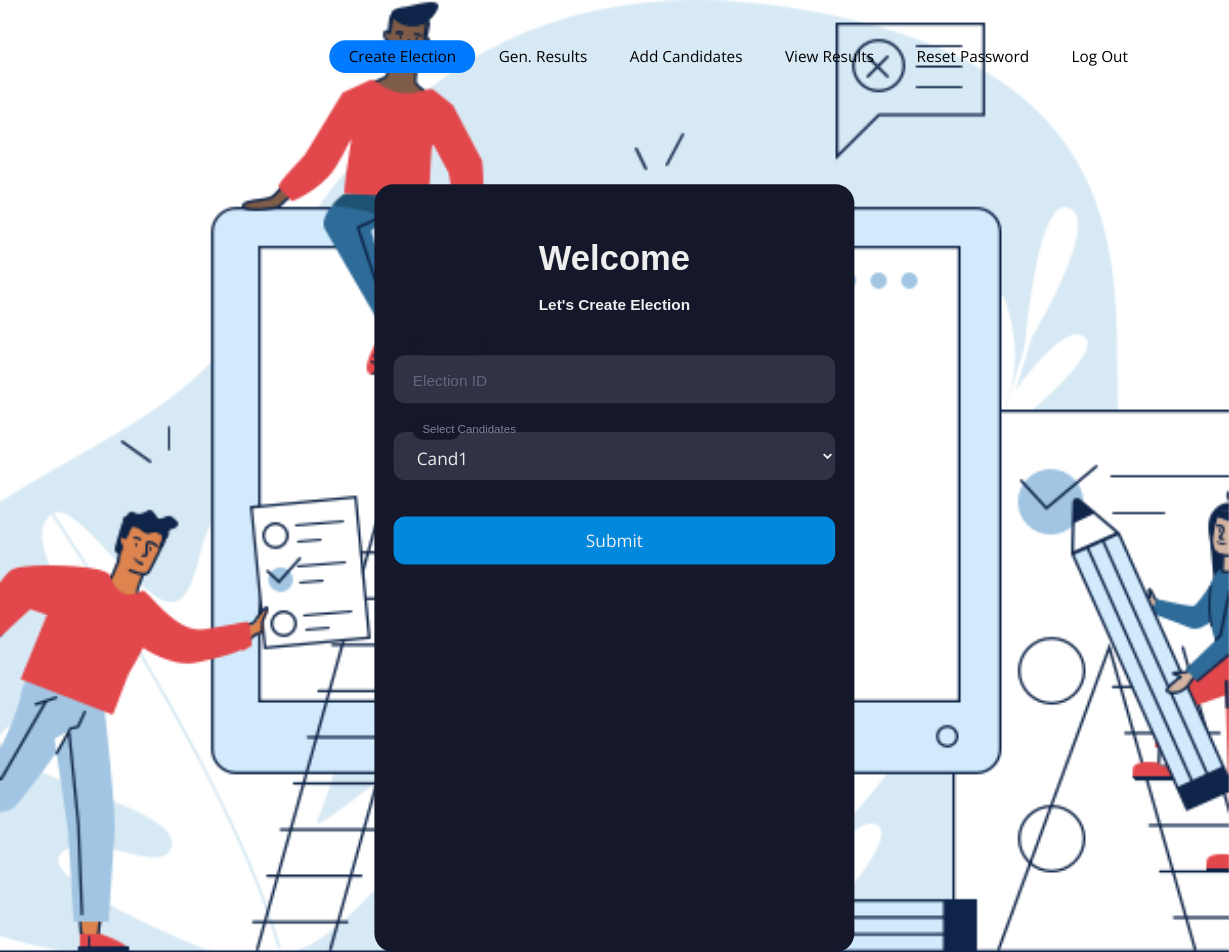
Repository: CS699-IITB-Autumn-2021/project-alpha_team
Page: http://localhost/genResult.html
These files come from the project's save history. The page is drawn as it stood at one moment and after the next save; the edit follows.
The browser window is 1280 px wide. The pictures show the whole page, at 96% of full size.
The page is served by the project's application, run on Flask 3 (app.py).

Above is the page before, as saved 2021-10-26 13:09:22.
Console error: ReferenceError: $ is not defined

### IVote/templates/genResult.html
<!doctype html>
<html lang="en">

<head>
  <!-- Required meta tags -->
  <meta charset="utf-8">
  <meta name="viewport" content="width=device-width, initial-scale=1, shrink-to-fit=no">

  <link href="https://fonts.googleapis.com/css?family=Open+Sans:300,400,700" rel="stylesheet">

  <link rel="stylesheet" href="static/fonts/icomoon/style.css">

  <link rel="stylesheet" href="static/css/owl.carousel.min.css">

  <!-- Bootstrap CSS -->
  <link rel="stylesheet" href="static/css/bootstrap.min.css">

  <!-- Style -->
  <link rel="stylesheet" href="static/css/style.css">

  <title>Admin</title>
</head>

<body>


  <div class="site-mobile-menu">
    <div class="site-mobile-menu-header">
      <div class="site-mobile-menu-close mt-3">
        <span class="icon-close2 js-menu-toggle"></span>
      </div>
    </div>
    <div class="site-mobile-menu-body"></div>
  </div>

  <header class="site-navbar" role="banner">

    <div class="container">
      <div class="row align-items-center">

        <div class="col-11 col-xl-2">
          <h1 class="mb-0 site-logo"><a href="admin.html" class="text-white mb-0">iVote</a></h1>
        </div>
        <div class="col-12 col-md-10 d-none d-xl-block">
          <nav class="site-navigation position-relative text-right" role="navigation">

            <ul class="site-menu js-clone-nav mr-auto d-none d-lg-block">
              <li class="active"><a href="admin.html"><span>Create Election</span></a></li>
              <li><a href="/logout"><span>Gen. Results</span></a></li>
              <li><a href="addcandidate.html"><span>Add Candidates</span></a></li>
              <li><a href="results.html"><span>View Results</span></a></li>
              <li><a href="forgotPassword.html"><span>Reset Password</span></a></li>
              <li><a href="/logout"><span>Log Out</span></a></li>
            </ul>
          </nav>
        </div>


        <div class="d-inline-block d-xl-none ml-md-0 mr-auto py-3" style="position: relative; top: 3px;"><a href="#"
            class="site-menu-toggle js-menu-toggle text-white"><span class="icon-menu h3"></span></a></div>

      </div>

    </div>
    </div>

  </header>

  <div class="hero" style="background-image: url('static/images/hero.9dd292ee.png');"></div>
  <div class="position" align="center">
    <div class="form">
      <div class="title">Welcome</div>
      <div class="subtitle">Let's Create Election</div>
      <div class = "message">
        {% if msg %}
        {{msg}}
        {% endif %}
      </div>
      <form action="/admin.html" method="POST">
        <div class="input-container ic1">
          <input id="id" class="input" type="number" name="id" min="0" placeholder=" " />
          <div class="cut"></div>
          <label for="id" class="placeholder">Election ID</label>
        </div>
        <div class="input-container ic2">
          <select id="select" class="mul" name="select" placeholder=" ">
            <option value="Cand1">Cand1</option>
            <option value="Cand2">Cand2</option>
            <option value="Cand3">Cand3</option>
            <option value="Cand4">Cand4</option>
          </select>
          <div class="cut cut-short"></div>
          <label for="select" class="placeholder">Select Candidates </label>
        </div>
        <button type="submit" class="submit" value="Submit">Submit</button>
      </form>
    </div>
  </div>


  <script type="text/javascript">
    $('#select').multiselect();
  </script>
  <script src="static/js/jquery-3.3.1.min.js"></script>
  <script src="static/js/popper.min.js"></script>
  <script src="static/js/bootstrap.min.js"></script>
  <script src="static/js/jquery.sticky.js"></script>
  <script src="static/js/main.js"></script>
</body>

</html>

### IVote/app.py
from posixpath import lexists
import sqlite3
import os.path
from flask import Flask, render_template, request,redirect,session
from flask.helpers import url_for
from datetime import date
from datetime import datetime
from pathlib import Path
from werkzeug.utils import redirect

app = Flask(__name__)
app.secret_key="ivote"

conn = sqlite3.connect("ivote.db")
c = conn.cursor()
c.execute("CREATE TABLE IF NOT EXISTS Voters(name TEXT,email TEXT,cardno TEXT,password TEXT,voted TEXT)")
c.execute("CREATE TABLE IF NOT EXISTS admin(email TEXT,password TEXT)")
c.execute("CREATE TABLE IF NOT EXISTS election(electionid INTEGER,topic TEXT,startdate TEXT,enddate TEXT,numcand INTEGER,candidate TEXT)")
c.execute("CREATE TABLE IF NOT EXISTS candidate(name TEXT,electionid INTEGER,candidateid TEXT,age INTEGER,mobno INTEGER,email TEXT)")
c.execute("CREATE TABLE IF NOT EXISTS result(election_id Text,cand_id Text, noofvotes Number)")
c.execute("SELECT electionid FROM election")
r = c.fetchall()
for i in r:
    fle = Path("static/blockchain/"+str(i[0])+".txt")
    c.execute("CREATE TABLE IF NOT EXISTS election"+str(i[0])+"(secret_code TEXT ,name_of_blockchain TEXT,voter_id TEXT,vote_given TEXT)")
    fle.touch(exist_ok=True)
    f = open(fle)

conn.commit()
conn.close()


@app.route('/',methods=['GET','POST'])
def login():
    r = ""
    if request.method=="POST":
        email = request.form["email"]
        password = request.form["password"]
        conn = sqlite3.connect("ivote.db")
        c = conn.cursor()
        c.execute("SELECT * FROM Voters WHERE email='"+email+"' and password='"+password+"'")
        r = c.fetchall()
        for i in r:
            if email==i[1] and password == i[3]:
                #session[]
                return redirect(url_for("voter"))

    return render_template('home.html')


@app.route('/signup.html',methods=['GET','POST'])
def signup():
    if request.method=="POST":
        name = request.form["name"]
        email = request.form["email"]
        cardno = request.form["id"]
        password = request.form["password"]
        confirm = request.form["confirm"]
        if password==confirm:
            conn = sqlite3.connect("ivote.db")
            c = conn.cursor()
            c.execute("INSERT INTO Voters VALUES('"+name+"','"+email+"','"+cardno+"','"+password+"')")
            conn.commit()
            conn.close()
            return  render_template('login.html')
    return  render_template('signup.html')

@app.route('/Login.html',methods=['GET','POST'])
def adminlogin():
    r = ""
    if request.method=="POST":
        email = request.form["email"]
        password = request.form["password"]
        conn = sqlite3.connect("ivote.db")
        c = conn.cursor()
        c.execute("SELECT * FROM admin WHERE email='"+email+"' and password='"+password+"'")
        r = c.fetchall()
        for i in r:
            if email==i[0] and password == i[1]:
                return redirect(url_for("admin"))
    return  render_template('Login.html')


@app.route('/forgotPassword.html',methods=['GET','POST'])
def forgot():
    return  render_template('forgotPassword.html')


@app.route('/admin.html',methods = ['GET','POST'])
def admin():
    msg = None
    if request.method=="POST":
        id = request.form['id']
        topic = request.form['topic']
        start = request.form['startdate']
        end = request.form['enddate']
        numcand = request.form['numcand']
        select = request.form['select']
        conn = sqlite3.connect("ivote.db")
        c = conn.cursor()
        c.execute("SELECT * from election WHERE electionid = '"+id+"'")
        r = c.fetchall()
        if len(r)>=1:
            msg = "Election with this id already exist"
        else :
            c.execute("INSERT INTO election VALUES('"+id+"','"+topic+"','"+start+"','"+end+"','"+numcand+"','"+select+"')")
            conn.commit()
            conn.close()
            msg = "Election created"
    return render_template('admin.html',msg = msg)

@app.route("/addcandidate.html",methods = ['GET','POST'])
def add():
    if request.method=="POST":
        name = request.form['name1']
        id = request.form['id']
        candid = request.form['candid']
        age = request.form['age']
        mobile = request.form['mobile']
        email = request.form['email']
        conn = sqlite3.connect("ivote.db")
        c = conn.cursor()
        c.execute("INSERT INTO candidate VALUES('"+name+"','"+id+"','"+candid+"','"+age+"','"+mobile+"','"+email+"')")
        conn.commit()
        conn.close()
    return render_template('addcandidate.html')



@app.route("/results.html",methods=['GET','POST'])
def result():
    msg = None
    print("Working")
    if request.method=="POST":

        id = request.form['id']
        conn = sqlite3.connect("ivote.db")
        c = conn.cursor()
        c.execute("SELECT * from election WHERE electionid = '"+id+"'")
        r = c.fetchall()
        if len(r) >= 1:
            print("Working")
            return redirect(url_for("viewresults",id = id))

        else:
            msg = "Please enter correct ID"
    return render_template('results.html',msg = msg)

@app.route("/election",methods=['GET','POST'])
def election():
    id = request.form.get("id",None)
    return render_template('election.html')


@app.route("/voter.html",methods=['GET','POST'])
def voter():
    if request.method=="POST":
        id = request.form['id']
        conn = sqlite3.connect("ivote.db")
        c = conn.cursor()
        c.execute("SELECT * from election WHERE electionid = '"+id+"'")
        r = c.fetchall()
        if len(r) >= 1:
            return redirect(url_for("election",id = id))
    return render_template('voter.html')

@app.route("/voterresult.html")
def results():
    msg = None
    print("Working")
    if request.method=="POST":

        id = request.form['id']
        conn = sqlite3.connect("ivote.db")
        c = conn.cursor()
        c.execute("SELECT * from election WHERE electionid = '"+id+"'")
        r = c.fetchall()
        if len(r) >= 1:
            print("Working")
            return redirect(url_for("viewresults",id = id))

        else:
            msg = "Please enter correct ID"
    return render_template("voterresult.html",msg=msg)


@app.route("/view",methods=["GET","POST"])
def viewresults():
    id = request.form.get('id',None)
    print(id)
    return render_template("view.html")


@app.route("/logout")
def logout():
    return redirect(url_for("login "))

@app.route("/genResult.html",methods=["GET","POST"])
def genresult():
    return render_template("genResult.html")

@app.route("/viewblockchain.html")
def viewblockchain():
    conn = sqlite3.connect("ivote.db")
    c = conn.cursor()
    c.execute("SELECT electionid FROM election")
    r = c.fetchall()
    allbc=[]
    for i in r:
        fle = Path("static/blockchain/"+str(i[0])+".txt")
        allbc.append("static/blockchain/"+str(i[0])+".txt")
        fle.touch(exist_ok=True)
        f = open(fle)
    conn.commit()
    conn.close()
    return render_template('viewblockchain.html',allbc=allbc,r=r)
if __name__=="__main__":
    app.run(debug=True)

### IVote/static/blockchain/1.txt
dsfef

### IVote/static/blockchain/2.txt


 id=1234
 myhash=967507e9a11d0e896d3ba906af89534cd4bd4ee4252bc8703def6f363402cd26
 prevhash=0
 time=Wed Oct 27 14:02:54 2021

 id=123455
 myhash=95343ca67e3e242d9cf5d56a87234376eb2e5b5792e8c636fbdfd39655d0117f
 prevhash=967507e9a11d0e896d3ba906af89534cd4bd4ee4252bc8703def6f363402cd26
 time=Wed Oct 27 14:04:32 2021

### IVote/static/blockchain/5.txt


 id=123455
 myhash=b0814f664ae2543f1c75914ef42a36e5a659c1bbb252c5f9f642836df09e2d6b
 prevhash=0
 time=Wed Oct 27 14:17:14 2021

Loaded but not shown: IVote/static/fonts/icomoon/style.css (common file); IVote/static/css/owl.carousel.min.css (library); IVote/static/css/bootstrap.min.css (library); IVote/static/js/jquery-3.3.1.min.js (library); IVote/static/js/popper.min.js (library); IVote/static/js/bootstrap.min.js (library); IVote/static/js/jquery.sticky.js (library); IVote/static/js/main.js (88 lines, source omitted); IVote/static/css/style.css (492 lines, source omitted)

After the next save:
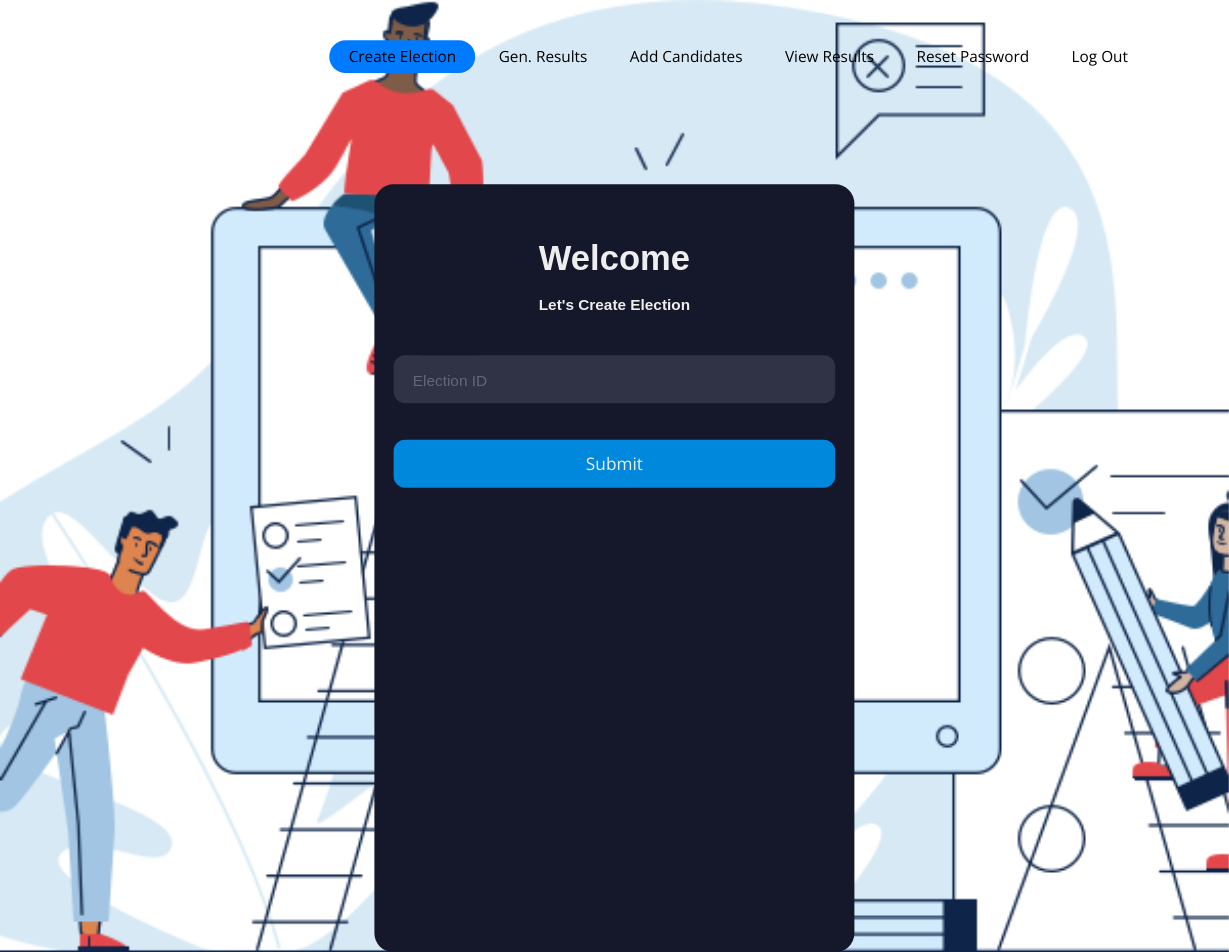
Saved 13 s later.
--- a/IVote/templates/genResult.html
+++ b/IVote/templates/genResult.html
@@ -82,16 +82,6 @@
           <div class="cut"></div>
           <label for="id" class="placeholder">Election ID</label>
         </div>
-        <div class="input-container ic2">
-          <select id="select" class="mul" name="select" placeholder=" ">
-            <option value="Cand1">Cand1</option>
-            <option value="Cand2">Cand2</option>
-            <option value="Cand3">Cand3</option>
-            <option value="Cand4">Cand4</option>
-          </select>
-          <div class="cut cut-short"></div>
-          <label for="select" class="placeholder">Select Candidates </label>
-        </div>
         <button type="submit" class="submit" value="Submit">Submit</button>
       </form>
     </div>
